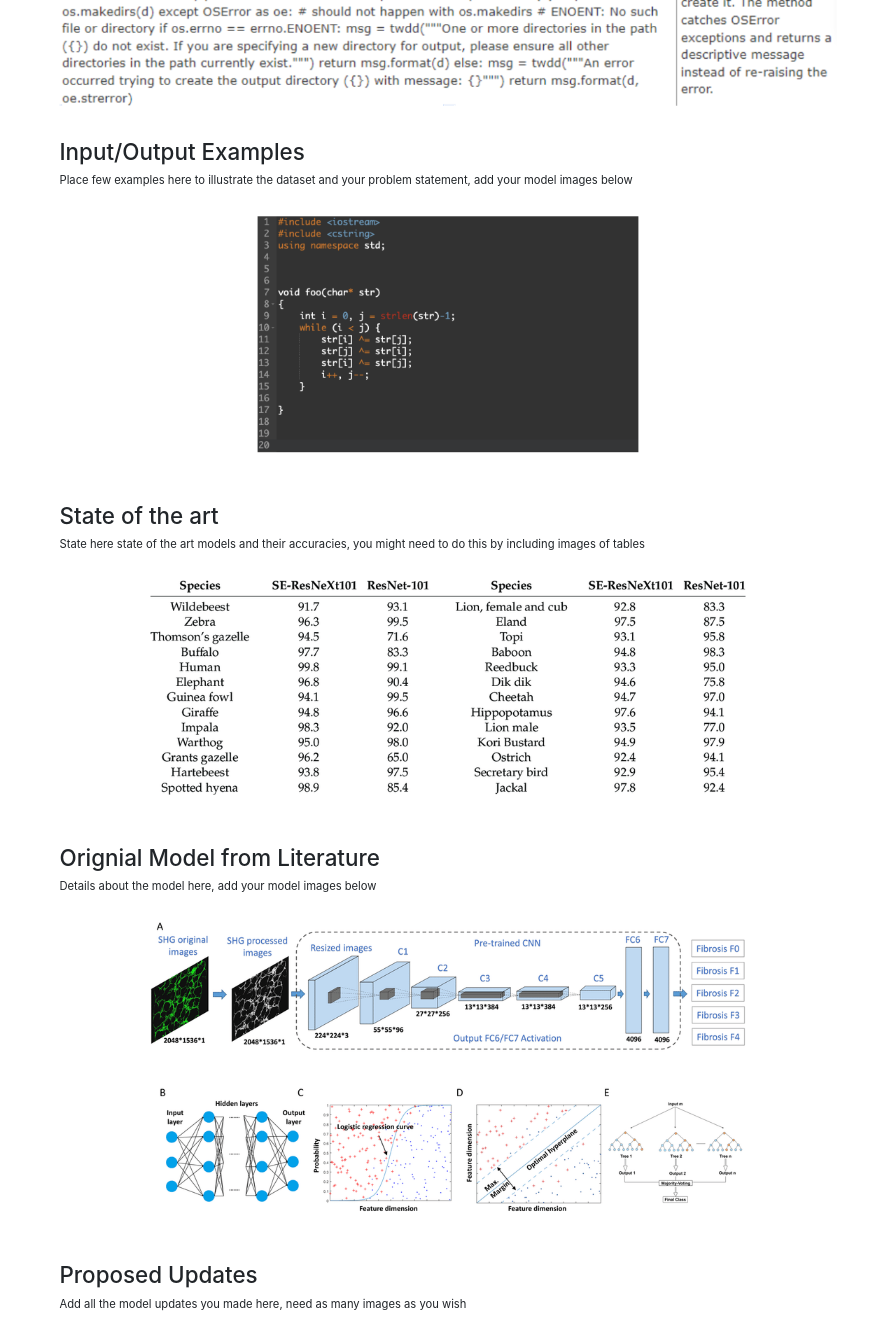
Repository: Shaalan-omar/ConcodePlus
Page: team-specific/index.html
The author's editor kept a copy of each file at every save. The page is drawn from the files as they stood at one save, then again after the next save.
The browser window is 1280 px wide. The pictures show the part of the page from y = 1670 to 3590 px (the page is 6373 px tall before and 6710 px after), at 70% of full size.

Above is the page before, as saved 2023-05-12 02:36:05.

### team-specific/index.html
<!DOCTYPE html>
<html lang="en">

<head>

  <meta charset="utf-8">
  <meta name="viewport" content="width=device-width, initial-scale=1, shrink-to-fit=no">
  <meta name="description" content="">
  <meta name="author" content="">

  <title>Code Generation / Documentation model based on CodeT5</title>

  <!-- Bootstrap core CSS -->
  <link href="../vendor/bootstrap/css/bootstrap.min.css" rel="stylesheet">

</head>

<body>

  <!-- Navigation -->
  <nav class="navbar navbar-expand-lg navbar-dark bg-dark static-top">
    <div class="container">
      <a class="navbar-brand" href="../home.html">Practical Machine Deep Learning</a>
      <button class="navbar-toggler" type="button" data-toggle="collapse" data-target="#navbarResponsive" aria-controls="navbarResponsive" aria-expanded="false" aria-label="Toggle navigation">
        <span class="navbar-toggler-icon"></span>
      </button>
      <div class="collapse navbar-collapse" id="navbarResponsive">
        <ul class="navbar-nav ml-auto">
          <li class="nav-item active">
            <a class="nav-link" href="../home.html">Home
              <span class="sr-only">(current)</span>
            </a>
          </li>
          <li class="nav-item">
            <a class="nav-link" href="../about.html">About</a>
          </li>
          <li class="nav-item">
            <a class="nav-link" href="../contact.html">Contact</a>
          </li>
        </ul>
      </div>
    </div>
  </nav>

  <!-- Page Content -->
  <div class="container">
    <div class="row">
      <div class="col-lg-12 text-center">
        <h1 class="mt-5">Code Generation / Documentation model based on CodeT5</h1>
        <ul class="list-unstyled">
          <li>Omar Shaalan 900193887</li>
          <li>Kyrollos Zakarya 900203309</li>
        </ul>
      </div>
    </div>


    <div class="row">
      <div class="col-lg-12 text-left">
        <h2 class="mt-5"></h2>
		<p>
			Code generation is a very important in our current daily life. However, the documentation of the code is beyond important too,
      we need the code that is generated to have a documentation generated with it in order to be able to generate a code that is understandable
      and increase the efficency (we increase the efficency of the code by providing documentation for the code so it will be easy to reuse/extract needed parts of the code)
		</p>
      </div>
    </div>

    <div class="row">
      <div class="col-lg-12 text-left">
        <h2 class="mt-5">Dataset</h2>

        <p>
			Our initial plan was to work with the Cocode's task dataset, which is concode (the code generation task), this was intentionally our intution
      as our task, ConcodePlus(the code generation with documentation), was going to generate the code that concode generated but with comments. However,
      in concode's dataset we only had the code and the Natural Language describing the code, but no dataset had the code itself with comments in the same coloumn,
      this of course limited our ways
      to train the model on genreating a documented code, as we had no clear dataset that had code, comments for that code, all we had was datasets having code and
      a natural language describing the code, as illustrated in the visualization of the Concode's dataset below.
    </p>
    <br/> <!-- Empty Line before the image -->
    <div class="img-container" align="center"> <!-- Block parent element -->
        <img src="resources/images/concode.png" class="img-fluid text-center">
    </div>
    <br/> <!-- Empty Line after the image -->
<p>
  Hence, we had to make a major change, that will allow us to have a dataset that contains a pair consisting of code and a prompt as usual describing
      the code, but in the code's column we added comments to the code itself in the same coloumn.
      This was our own dataset, and we called PyPlus, as this dataset works on Python codes only, and the plus part is because it is the first of its
      type to contain code with a detailed comments of the code in the same column, or at least the first
      of its type as an open source dataset, as we have found no dataset in python storing data in that way.
</p>
<br/> <!-- Empty Line before the image -->
<div class="img-container" align="center"> <!-- Block parent element -->
    <img src="resources/images/dataset.png" class="img-fluid text-center">
</div>

      </div>
    </div>

    <div class="row">
      <div class="col-lg-12 text-left">
        <h2 class="mt-5">Input/Output Examples</h2>

        <p>
			Place few examples here to illustrate the dataset and your problem statement, add your model images below
		</p>

		<br/> <!-- Empty Line before the image -->
	    <div class="img-container" align="center"> <!-- Block parent element -->
      		<img src="resources/images/Problem_Stat_1.png" class="img-fluid text-center">
    	</div>
    	<br/> <!-- Empty Line after the image -->
      </div>
    </div>


    <div class="row">
      <div class="col-lg-12 text-left">
        <h2 class="mt-5">State of the art</h2>

        <p>
			State here state of the art models and their accuracies, you might need to do this by including images of tables
		</p>

		<br/> <!-- Empty Line before the image -->
	    <div class="img-container" align="center"> <!-- Block parent element -->
      		<img src="resources/images/state-of-the-art-results.png" class="img-fluid text-center">
    	</div>
    	<br/> <!-- Empty Line after the image -->
      </div>
    </div>

    <div class="row">
      <div class="col-lg-12 text-left">
        <h2 class="mt-5">Orignial Model from Literature</h2>

        <p>
			Details about the model here, add your model images below
		</p>

		<br/> <!-- Empty Line before the image -->
	    <div class="img-container" align="center"> <!-- Block parent element -->
      		<img src="resources/images/model.png" class="img-fluid text-center">
    	</div>
    	<br/> <!-- Empty Line after the image -->
      </div>
    </div>

    <div class="row">
      <div class="col-lg-12 text-left">
        <h2 class="mt-5">Proposed Updates</h2>

        <p>
			Add all the model updates you made here, need as many images as you wish
		</p>

		<h5 class="mt-5">Update #1: Used new bla bla</h5>
		<p>
			details here
		</p>
		<br/> <!-- Empty Line before the image -->
	    <div class="img-container" align="center"> <!-- Block parent element -->
      		<img src="resources/images/update1.jpeg" class="img-fluid text-center">
    	</div>
    	<br/> <!-- Empty Line after the image -->

		<h5 class="mt-5">Update #2: Used new whatever</h5>
		<p>
			details here
		</p>
		<br/> <!-- Empty Line before the image -->
	    <div class="img-container" align="center"> <!-- Block parent element -->
      		<img src="resources/images/update2.png" class="img-fluid text-center">
    	</div>
    	<br/> <!-- Empty Line after the image -->
      </div>
    </div>


    <div class="row">
      <div class="col-lg-12 text-left">
        <h2 class="mt-5">Results</h2>

        <p>
			Add your results here, add graphs and images to illustrate it.
			Compare your results to the original model and state of the art
		</p>

		<br/> <!-- Empty Line before the image -->
	    <div class="img-container" align="center"> <!-- Block parent element -->
      		<img src="resources/images/results.png" class="img-fluid text-center">
    	</div>
    	<br/> <!-- Empty Line after the image -->
      </div>
    </div>


    <div class="row">
      <div class="col-lg-12 text-left">
        <h2 class="mt-5">Technical report</h2>

        <p>
			Here you will detail the details related to training, for example:
		</p>

	 	<ul>
		  <li>Programming framework</li>
		  <li>Training hardware i.e. colab or azure or anything else</li>
		  <li>Training time</li>
		  <li>Number of epochs</li>
		  <li>Time per epoch</li>
		  <li>Any other important detail or difficulties</li>
		</ul>
      </div>
    </div>

	<div class="row">
	  <div class="col-lg-12 text-left">
	    <h2 class="mt-5">Conclusion</h2>

	    <p>
			Conclusion and future work (including lessons learned and interesting findings
		</p>

	  </div>
	</div>

	<div class="row">
	  <div class="col-lg-12 text-left">
	    <h2 class="mt-5">References</h2>

	    <p>
	    	List all references here, the following are only examples
	    </p>

		<ol>
		  <li><a href="http://www.google.com">Problem statement url</a></li>
		  <li><a href="http://www.google.com">Dataset URL</a></li>
		  <li><a href="http://www.google.com">Model Reference URL</a></li>
		</ol>
	  </div>
	</div>

  </div>



  <!-- Bootstrap core JavaScript -->
  <script src="../vendor/jquery/jquery.slim.min.js"></script>
  <script src="../vendor/bootstrap/js/bootstrap.bundle.min.js"></script>

</body>

</html>

Loaded but not shown: vendor/bootstrap/css/bootstrap.min.css (library); vendor/jquery/jquery.slim.min.js (library); vendor/bootstrap/js/bootstrap.bundle.min.js (library)

After the next save:
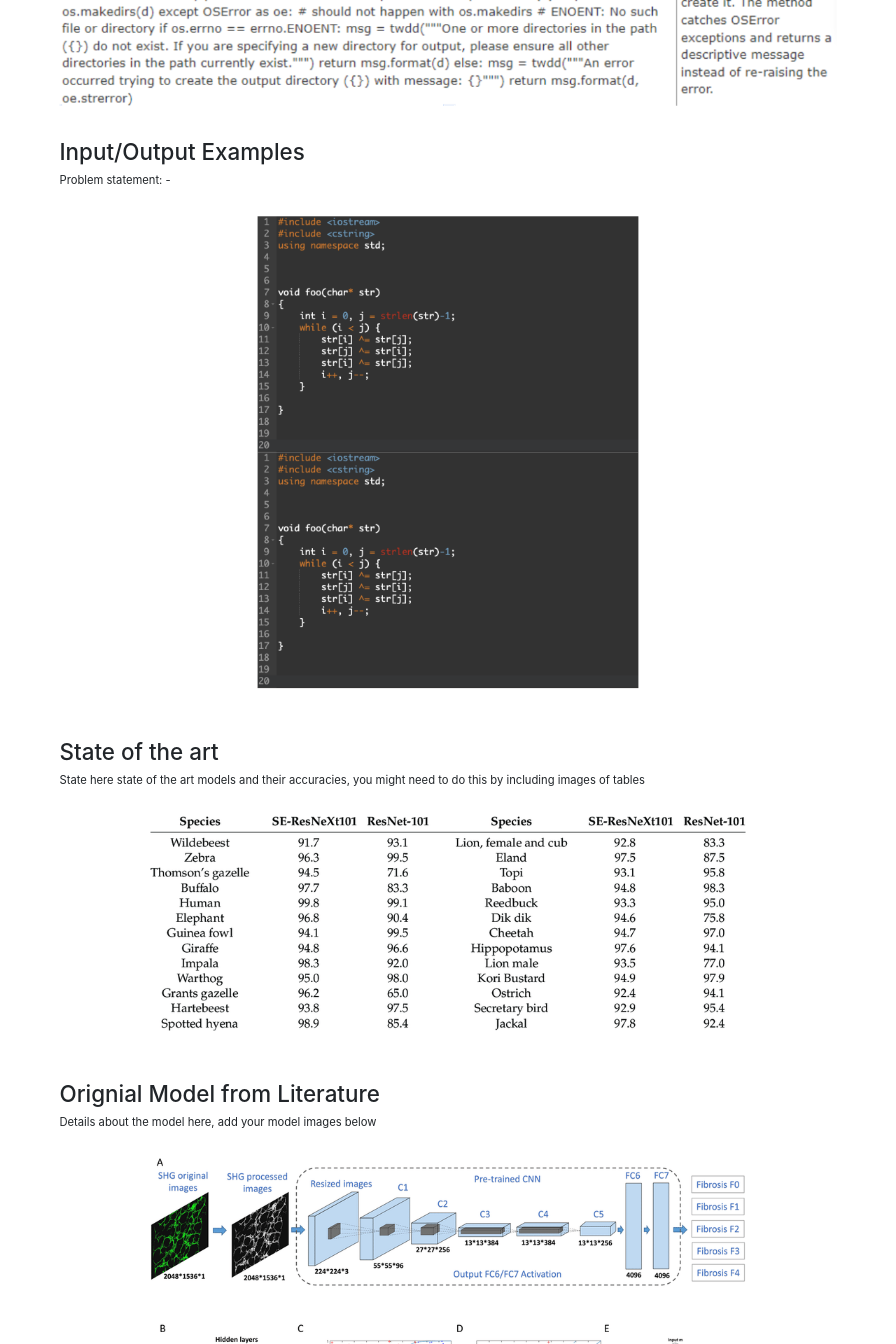
Saved 2 min 52 s later.
--- a/team-specific/index.html
+++ b/team-specific/index.html
@@ -103,13 +103,17 @@
         <h2 class="mt-5">Input/Output Examples</h2>
 
         <p>
-			Place few examples here to illustrate the dataset and your problem statement, add your model images below
+			 Problem statement: -
 		</p>
 
 		<br/> <!-- Empty Line before the image -->
 	    <div class="img-container" align="center"> <!-- Block parent element -->
       		<img src="resources/images/Problem_Stat_1.png" class="img-fluid text-center">
     	</div>
+
+      <div class="img-container" align="center"> <!-- Block parent element -->
+        <img src="resources/images/Problem_Stat_1.png" class="img-fluid text-center">
+    </div>
     	<br/> <!-- Empty Line after the image -->
       </div>
     </div>
